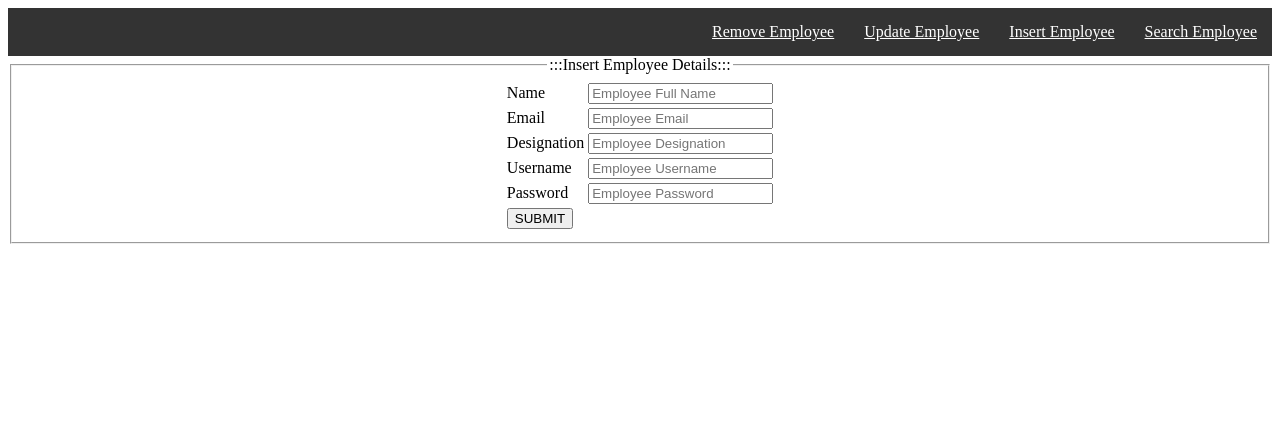
Repository: dannytayade1495/WEJM3
Page: http://localhost/mvcproject1/WEB-INF/views/insertEmployee.jsp
The author's editor kept a copy of each file at every save. The page is drawn from the files as they stood at one save, then again after the next save.
The browser window is 1280 px wide. The pictures show the whole page.
The page is served by Tomcat 9. Nobody is signed in. Other server files are loaded and not shown. The template is opened directly, without the code that normally fills it, so the values that code supplies are empty.

Above is the page before, as saved 2022-06-02 15:17:13.

### mvcproject1/src/main/webapp/WEB-INF/views/insertEmployee.jsp
<%@ page language="java" contentType="text/html; charset=ISO-8859-1"
	pageEncoding="ISO-8859-1"%>
<jsp:include page="navBar.jsp" />
<!DOCTYPE html>
<html>
<head>
<meta charset="ISO-8859-1">
<title>Employee Management</title>
<style type="text/css">
fieldset table {
	margin: auto;
	text-align: left;
}

fieldset {
	text-align: center;
}
</style>
</head>
<body>
	<fieldset>
		<legend>:::Insert Employee Details:::</legend>
		<form action="">
			<table>
				<tr>
					<td><label>Name</label></td>
					<td><input type="text" name="name"
						placeholder="Employee Full Name"></td>
				</tr>
				<tr>
					<td><label>Email</label></td>
					<td><input type="text" name="email"
						placeholder="Employee Email"></td>
				</tr>
				<tr>
					<td><label>Designation</label></td>
					<td><input type="text" name="designation"
						placeholder="Employee Designation"></td>
				</tr>
				<tr>
					<td><label>Username</label></td>
					<td><input type="text" name="userName"
						placeholder="Employee Username"></td>
				</tr>
				<tr>
					<td><label>Password</label></td>
					<td><input type="text" name="password"
						placeholder="Employee Password"></td>
				</tr>
				<tr style="float: none;">
					<td><input type="submit" value="SUBMIT"></td>
				</tr>
			</table>
		</form>
	</fieldset>
</body>
</html>

### mvcproject1/src/main/webapp/WEB-INF/views/navBar.jsp
<%@ page language="java" contentType="text/html; charset=ISO-8859-1"
	pageEncoding="ISO-8859-1"%>
<!DOCTYPE html>
<html>
<head>

<meta charset="ISO-8859-1">
<title>Employee Management</title>
<style type="text/css">
ul {
	list-style-type: none;
	background-color: black;
	overflow: hidden;
	margin: 0px;
	padding: 0px;
	background-color: #333;
	margin: 0px;
}

li {
	float: right;
}

li a {
	display: block;
	margin: 0px;
	padding: 15px;
}

li a:hover {
	background-color: #111;
}
</style>
</head>
<body>
	<ul>
		<li><a style="color: white;" href="./search">Search Employee</a></li>
		<li><a style="color: white;" href="./insert">Insert Employee</a></li>
		<li><a style="color: white;" href="./update">Update Employee</a></li>
		<li><a style="color: white;" href="./remove">Remove Employee</a></li>
	</ul>
</body>
</html>

After the next save:
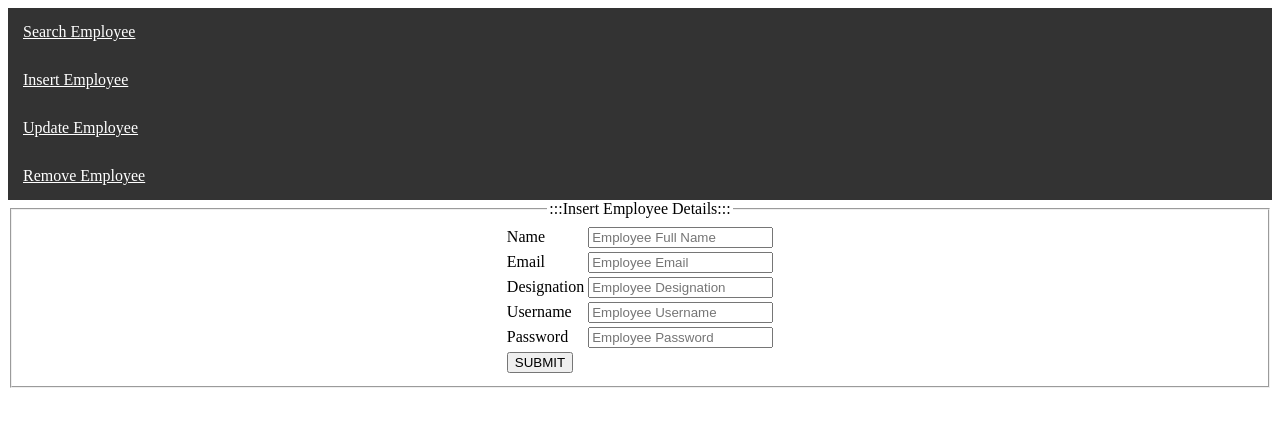
Saved 36 s later.
--- a/mvcproject1/src/main/webapp/WEB-INF/views/navBar.jsp
+++ b/mvcproject1/src/main/webapp/WEB-INF/views/navBar.jsp
@@ -18,7 +18,7 @@
 }
 
 li {
-	float: right;
+	float: none;
 }
 
 li a {

After the 2 saves that followed:
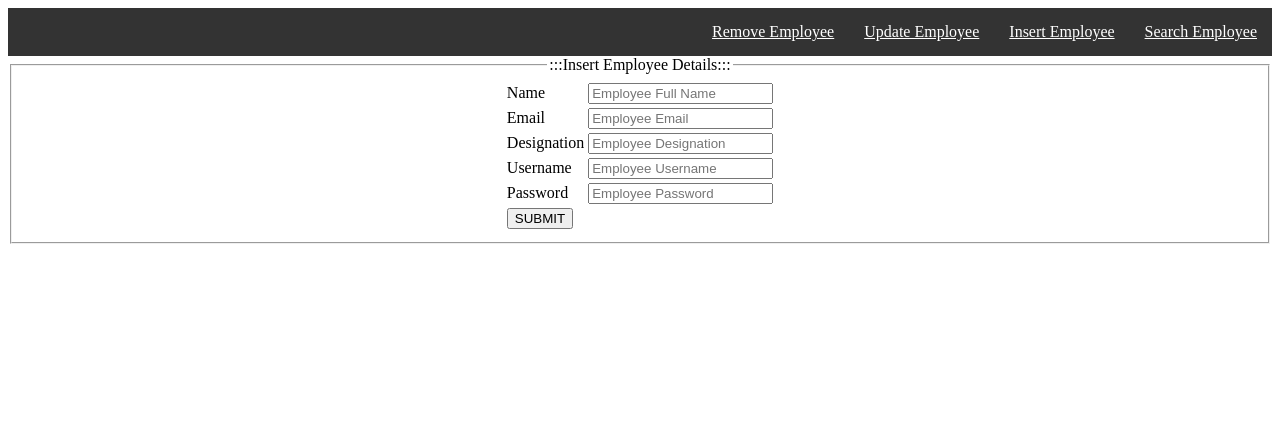
The 2 saves are shown as one change because 1 left the picture as it was.
The last was saved 22 s later.
--- a/mvcproject1/src/main/webapp/WEB-INF/views/navBar.jsp
+++ b/mvcproject1/src/main/webapp/WEB-INF/views/navBar.jsp
@@ -18,7 +18,7 @@
 }
 
 li {
-	float: none;
+	float: right;
 }
 
 li a {
